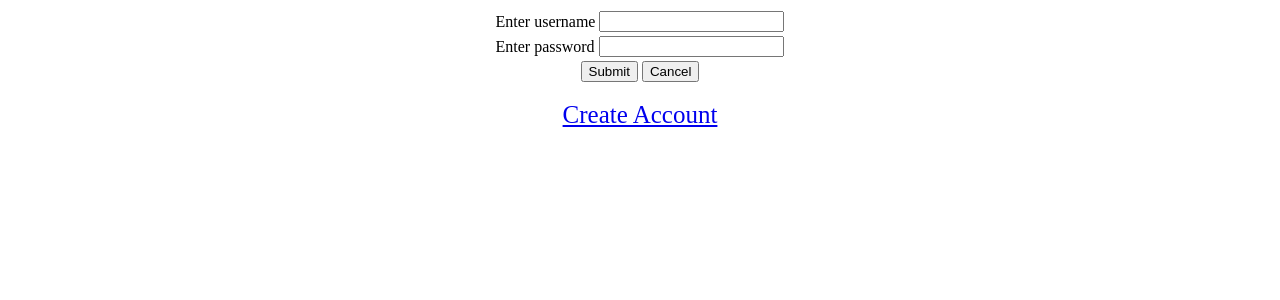
Repository: nikunj-var/Advance_Java
Page: jsp_user/src/main/webapp/login_form.html
The author's editor kept a copy of each file at every save. The page is drawn from the files as they stood at one save, then again after the next save.
The browser window is 1280 px wide. The pictures show the whole page.

Above is the page before, as saved 2023-07-16 13:41:01.

After the next save:
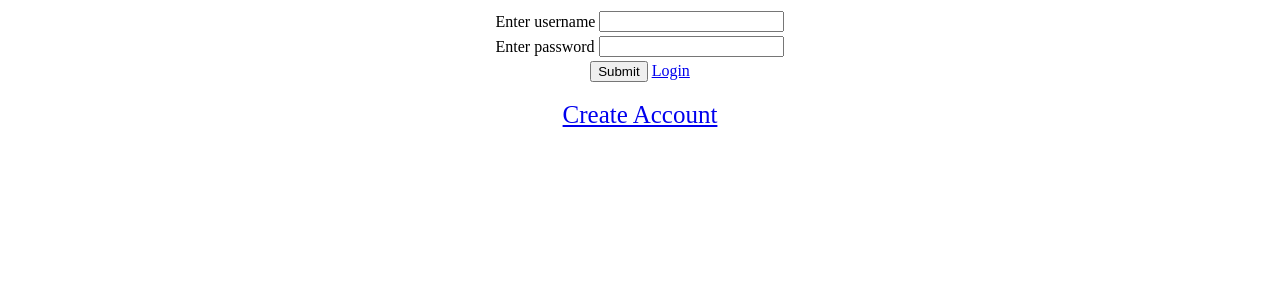
Saved 83 s later.
--- a/jsp_user/src/main/webapp/login_form.html
+++ b/jsp_user/src/main/webapp/login_form.html
@@ -25,7 +25,7 @@
 			<tr>
 				<td colspan="2" align="center">
 					<button type="submit">Submit</button>
-					<button type="reset">Cancel</button>
+					<a href="login_form.html">Login</a>
 				</td>
 			</tr>
 		</table>
